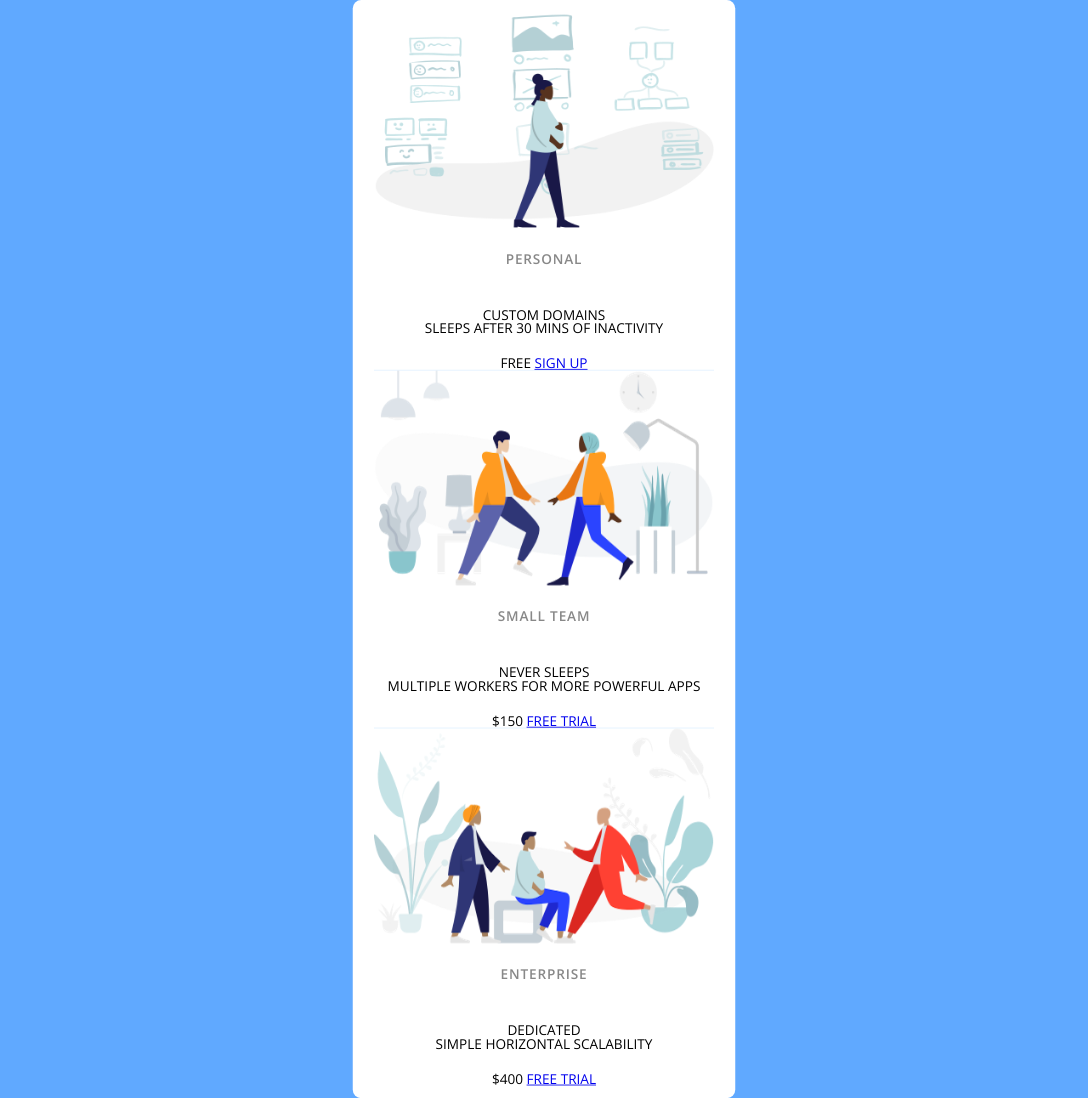
Repository: fatehailey/Pricing-Panel
Page: index.html
The author's editor kept a copy of each file at every save. The page is drawn from the files as they stood at one save, then again after a run of saves.
The browser window is 1280 px wide. The pictures show the whole page, at 85% of full size.

Above is the page before, as saved 2022-09-05 20:19:31.

After the next 8 saves:
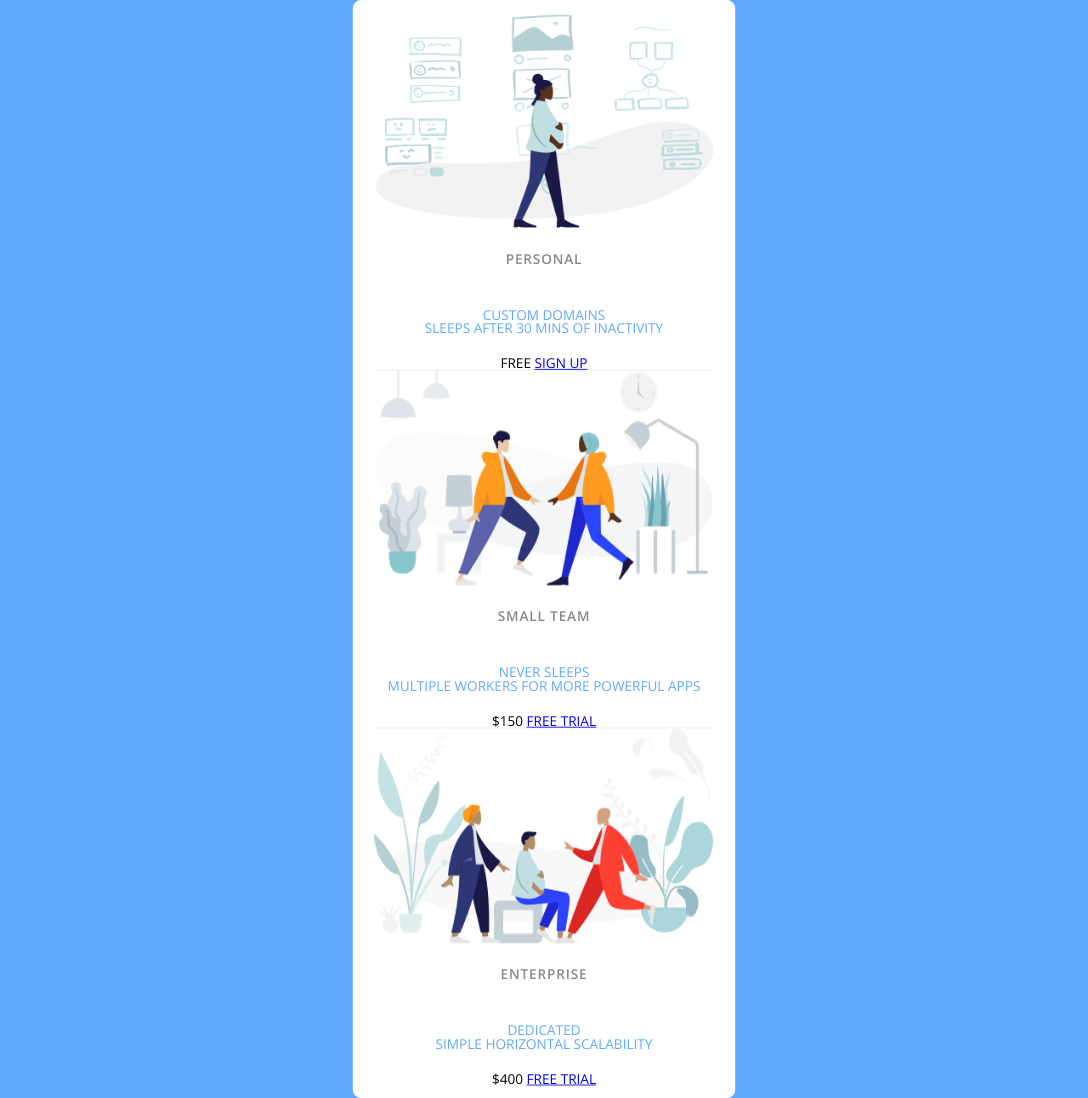
The 8 saves are shown as one change because they came seconds apart.
The last was saved 19 s later.
--- a/app.css
+++ b/app.css
@@ -88,5 +88,9 @@
 
 .pricing-features{
     margin: 50px 0 25px;
-    color: #;
+    color: #60a9ff;
 }
+
+.pricing-features-item{
+
+}
